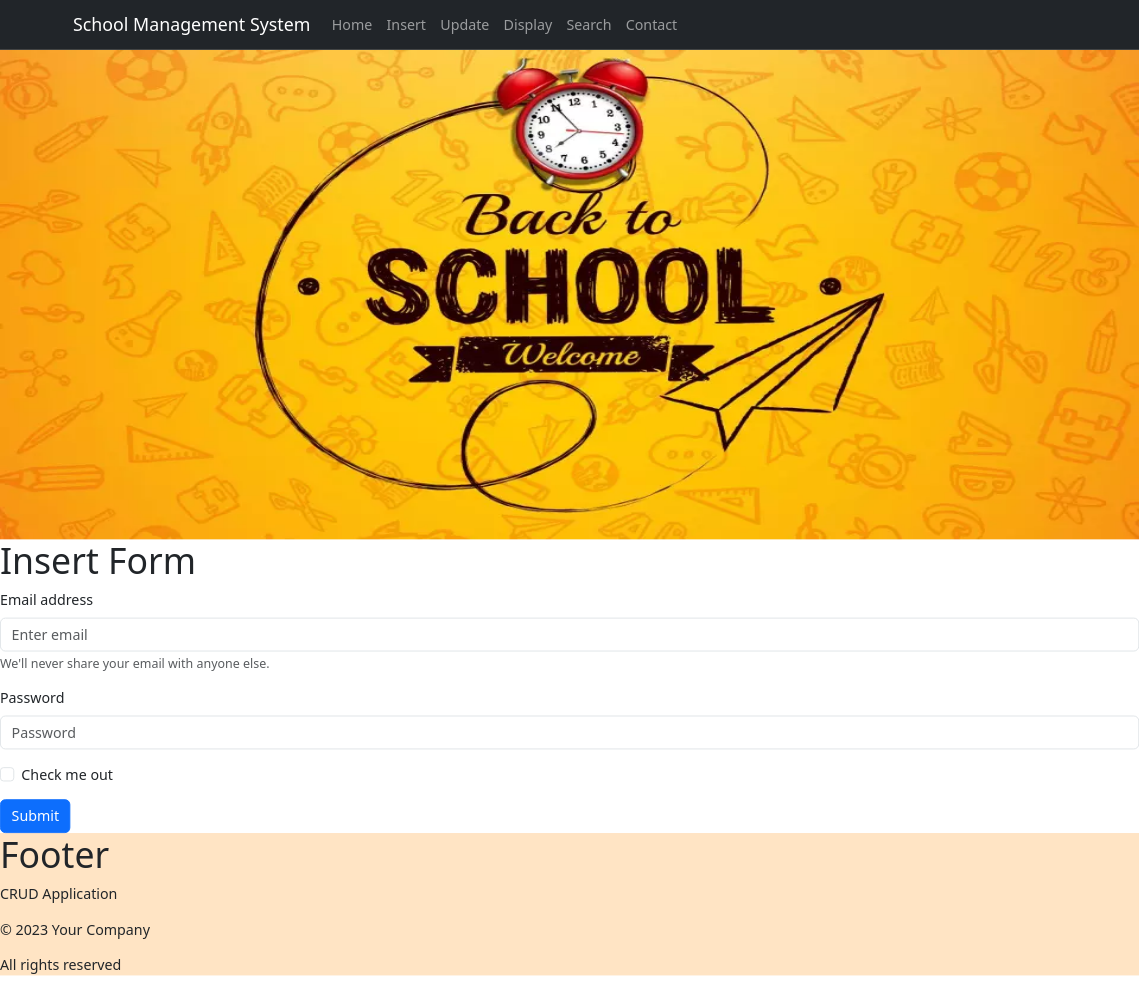
Repository: ankitgujre01/React-day-12
Page: /insert (app in crud/)
The author's editor kept a copy of each file at every save. The page is drawn from the files as they stood at one save, then again after a run of saves.
The browser window is 1280 px wide. The pictures show the whole page, at 89% of full size.
The project was rebuilt for these pictures with package versions that can differ from the ones it lists, and the page was loaded fresh each time. Also part of the build but not shown: crud/vite.config.js, crud/src/pages/Home.jsx, crud/src/pages/Display.jsx, crud/src/pages/Search.jsx, crud/src/pages/Contact.jsx. Imported but missing from the stored project, and not drawn on this page: crud/src/pages/Update.

Above is the page before, as saved 2025-04-12 09:28:18.

### crud/src/main.jsx
import { StrictMode } from 'react'
import { createRoot } from 'react-dom/client'
// import './index.css'
import App from './App.jsx'
import './css/style.css'
import 'bootstrap/dist/css/bootstrap.min.css';

createRoot(document.getElementById('root')).render(
  <StrictMode>
    <App />
  </StrictMode>,
)

### crud/src/App.jsx
import {BrowserRouter, Routes, Route} from 'react-router-dom';
import Layout from './Layout';
import Home from './pages/Home';
import Insert from './pages/Insert';
import Update from './pages/Update';
import Display from './pages/Display';
import Search from './pages/Search';
import Contact from './pages/Contact';

const App = () => {
  return (
    <>
      <BrowserRouter>
        <Routes>
          <Route path="/" element={<Layout />}>
            <Route index element={<Home />} />
            <Route path="home" element={<Home />} />
            <Route path="insert" element={ <Insert/>}/>
            <Route path='update' element={<Update />} />
            <Route path='display' element={<Display />} />
            <Route path='search' element={<Search />} />
            <Route path='contact' element={<Contact />} />

          </Route>
        </Routes>
      </BrowserRouter>
    </>
  )
}

export default App;

### crud/src/css/style.css
#footer{
    background-color: bisque;
}
#myform{
    width: ;
}

### crud/src/Layout.jsx
import { Outlet } from "react-router-dom";
import TopNav from "./components/TopNav";
import TopBanner from "./components/TopBanner";
import Footer from "./components/Footer";
const Layout = () => {
  return (
      <>
          <TopNav />
          <TopBanner/>
          <Outlet />
          <Footer/>
      </>
  )
}

export default Layout;

### crud/src/pages/Insert.jsx
import Button from 'react-bootstrap/Button';
import Form from 'react-bootstrap/Form';

const Insert = () => {
  return (
    <>

      <div id='myform'>
         <h1>Insert Form</h1>
      <Form>
      <Form.Group className="mb-3" controlId="formBasicEmail">
        <Form.Label>Email address</Form.Label>
        <Form.Control type="email" placeholder="Enter email" />
        <Form.Text className="text-muted">
          We'll never share your email with anyone else.
        </Form.Text>
      </Form.Group>

      <Form.Group className="mb-3" controlId="formBasicPassword">
        <Form.Label>Password</Form.Label>
        <Form.Control type="password" placeholder="Password" />
      </Form.Group>
      <Form.Group className="mb-3" controlId="formBasicCheckbox">
        <Form.Check type="checkbox" label="Check me out" />
      </Form.Group>
      <Button variant="primary" type="submit">
        Submit
      </Button>
    </Form>
</div>
    </>
  )
}

export default Insert;

### crud/src/components/TopNav.jsx
import Container from 'react-bootstrap/Container';
import Nav from 'react-bootstrap/Nav';
import Navbar from 'react-bootstrap/Navbar';
import { Link } from 'react-router-dom';

const TopNav = () => {
  return (
      <>
        <Navbar bg="dark" data-bs-theme="dark">
        <Container>
          <Navbar.Brand href="#home">School Management System</Navbar.Brand>
          <Nav className="me-auto">
            <Nav.Link as={Link} to="/home">Home</Nav.Link>
            <Nav.Link as={Link} to="/insert">Insert</Nav.Link>
            <Nav.Link as={Link} to="/update">Update</Nav.Link>
            <Nav.Link as={Link} to="/display">Display</Nav.Link>
            <Nav.Link as={Link} to="/search">Search</Nav.Link>
            <Nav.Link as={Link} to="/contact">Contact</Nav.Link>
          </Nav>
        </Container>
      </Navbar>
      </>
  )
}

export default TopNav;

### crud/src/components/TopBanner.jsx
import myimg from '../images/banner.webp';

const TopBanner = () => {
  return (
      <>
          <div>
              <img src={myimg} alt="Banner" width='100%' height="550px"/>
              </div>
      </>
  )
}

export default TopBanner;

### crud/src/components/Footer.jsx
import React from 'react'

const Footer = () => {
  return (
      <>
          <div id='footer'>
          <h1>Footer</h1>
          <p>CRUD Application</p>
          <p>&copy; 2023 Your Company</p>
          <p>All rights reserved</p>
          </div>
      </>
  )
}

export default Footer;

Loaded but not shown: crud/index.html (common file)

After the next 3 saves:
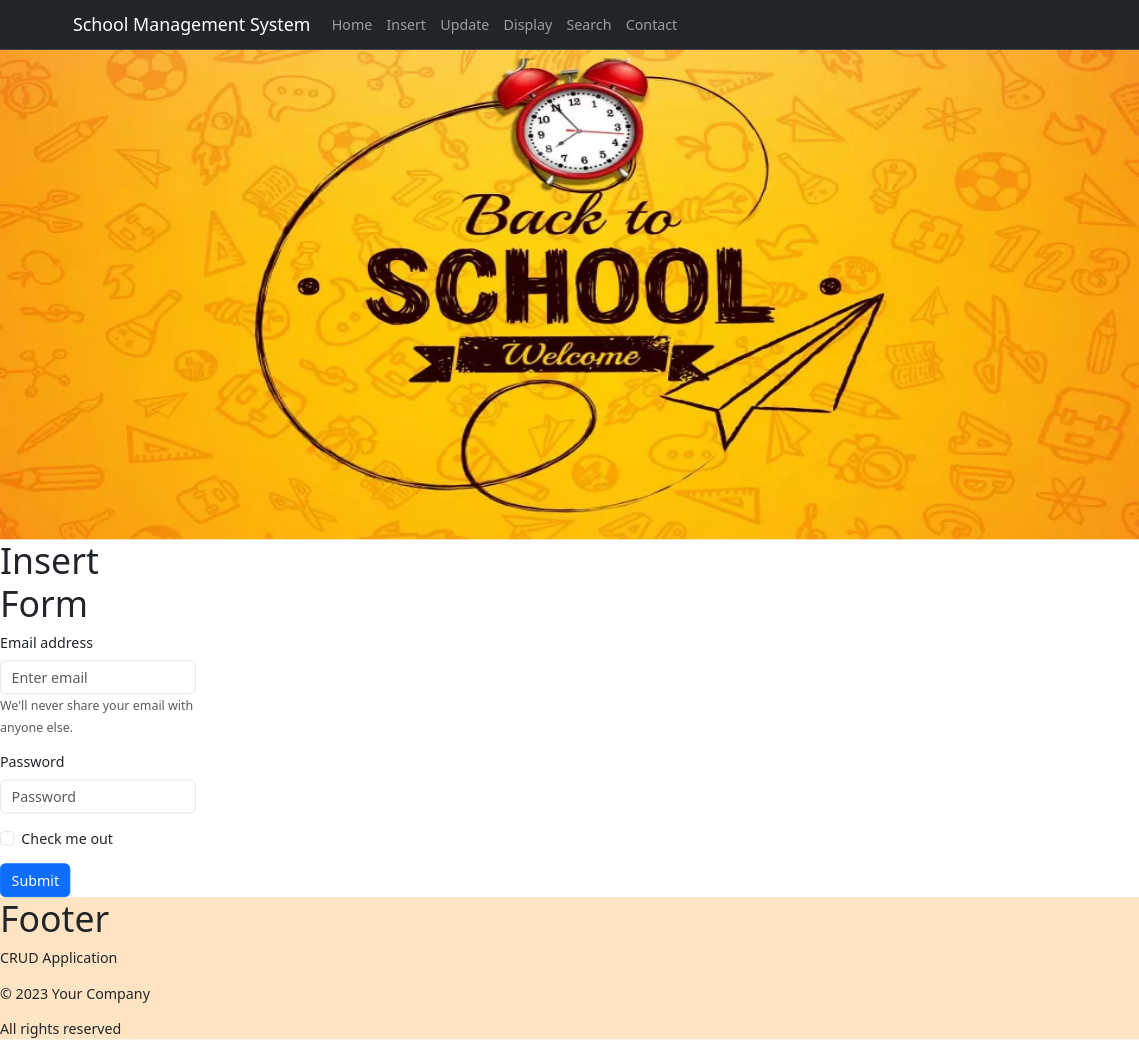
The 3 saves are shown as one change because they came seconds apart.
The last was saved 8 s later.
--- a/crud/src/css/style.css
+++ b/crud/src/css/style.css
@@ -2,5 +2,5 @@
     background-color: bisque;
 }
 #myform{
-    width: ;
+    width: 220px;
 }

After the save that followed:
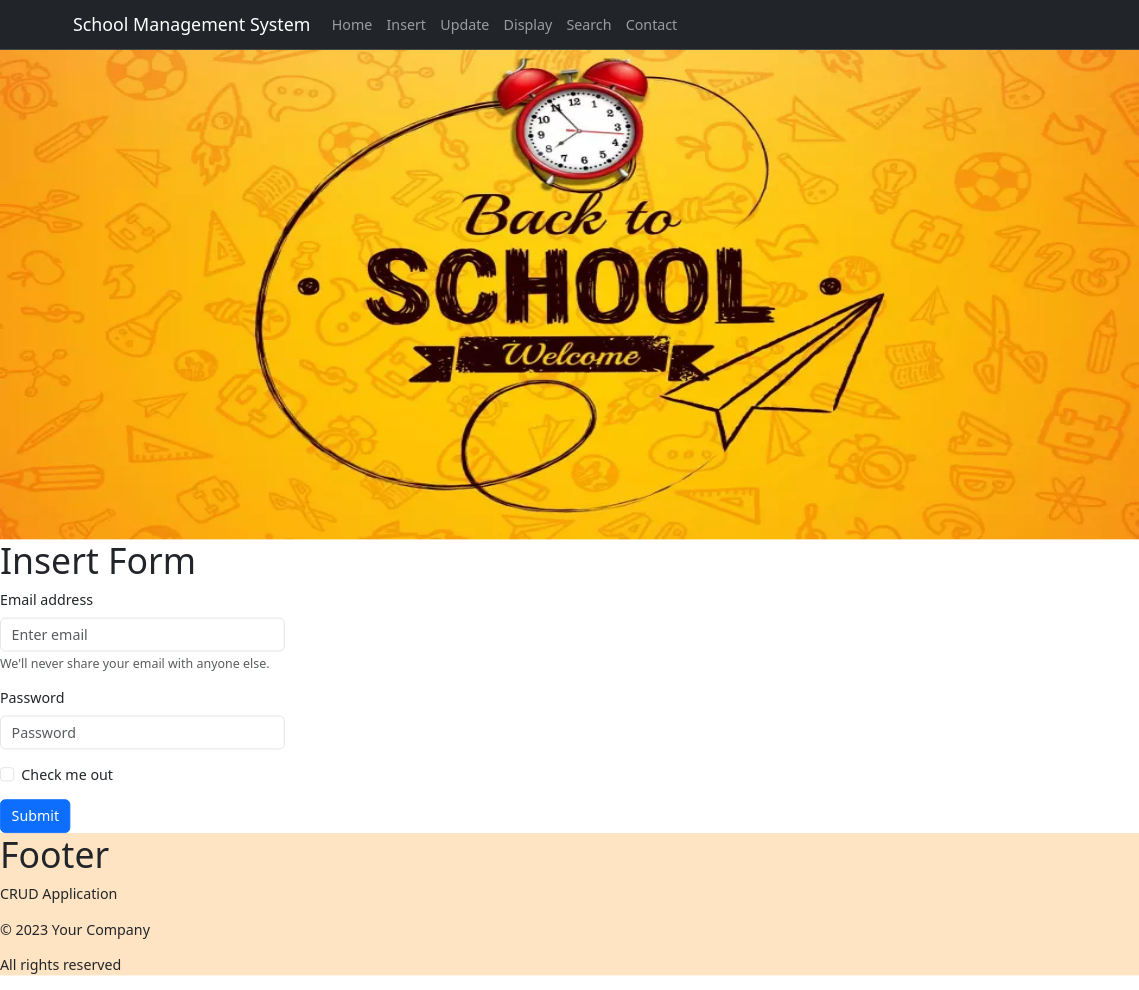
Saved 29 s later.
--- a/crud/src/css/style.css
+++ b/crud/src/css/style.css
@@ -2,5 +2,5 @@
     background-color: bisque;
 }
 #myform{
-    width: 220px;
+    width: 320px;
 }
